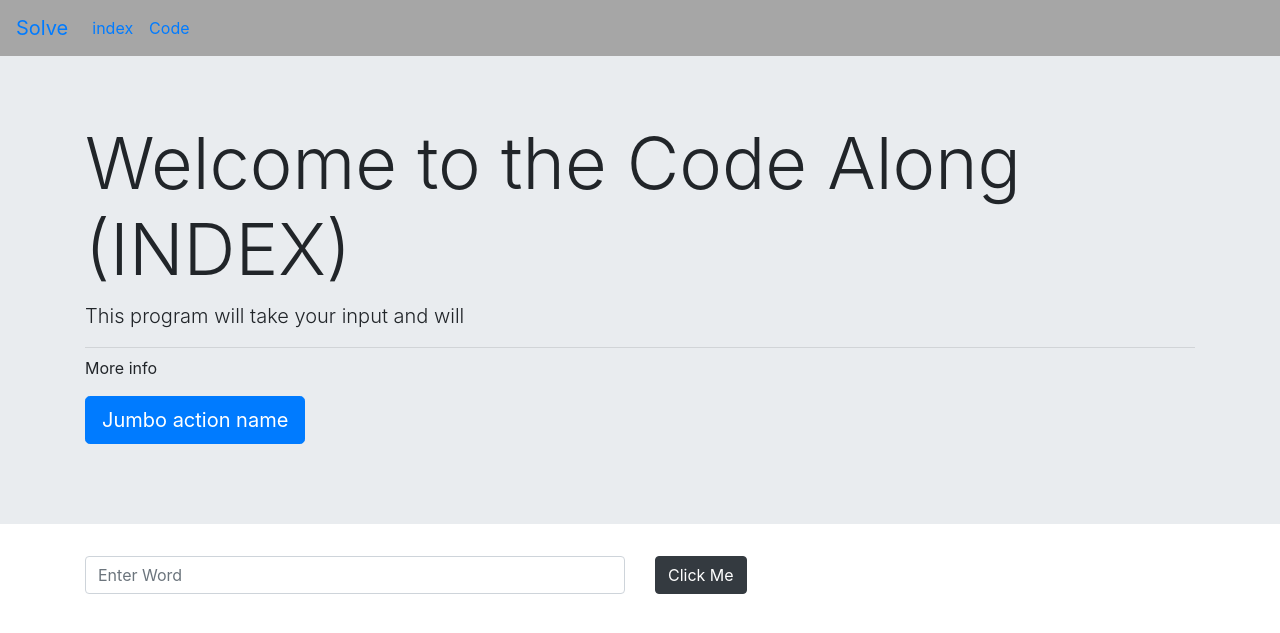
Repository: zhadjah9559/TacocatGrammar
Page: solve.html
The author's editor kept a copy of each file at every save. The page is drawn from the files as they stood at one save, then again after a run of saves.
The browser window is 1280 px wide. The pictures show the whole page.

Above is the page before, as saved 2021-01-11 23:25:37.

### solve.html
<!doctype html>
<html lang="en">
  <head>
    <title>Solve</title>
    <!-- Required meta tags -->
    <meta charset="utf-8">
    <meta name="viewport" content="width=device-width, initial-scale=1, shrink-to-fit=no">

    <!-- Bootstrap CSS -->
    <link rel="stylesheet" href="https://stackpath.bootstrapcdn.com/bootstrap/4.3.1/css/bootstrap.min.css" integrity="sha384-ggOyR0iXCbMQv3Xipma34MD+dH/1fQ784/j6cY/iJTQUOhcWr7x9JvoRxT2MZw1T" crossorigin="anonymous">
  </head>
  <body>


    <nav class="navbar navbar-expand-sm" style="background-color: #A6A6A6;">
        <a class="navbar-brand" href="#">Solve</a>
        <button class="navbar-toggler d-lg-none" type="button" data-toggle="collapse" data-target="#collapsibleNavId" aria-controls="collapsibleNavId"
            aria-expanded="false" aria-label="Toggle navigation"></button>
        <div class="collapse navbar-collapse" id="collapsibleNavId">
            <ul class="navbar-nav mr-auto mt-2 mt-lg-0">
                <li class="nav-item active">
                    <a class="nav-link" href="index.html">index <span class="sr-only">(current)</span></a>
                </li>
                <li class="nav-item">
                    <a class="nav-link" href="code.html">Code</a>
                </li>
            </ul>
        </div>
    </nav>


    <div class="jumbotron jumbotron-fluid">
        <div class="container">
            <h1 class="display-3">Welcome to the Code Along (INDEX)</h1>
            <p class="lead">This program will take your input and will </p>
            <hr class="my-2">
            <p>More info</p>
            <p class="lead">
                <a class="btn btn-primary btn-lg" href="Jumbo action link" role="button">Jumbo action name</a>
            </p>
        </div>
    </div>

    <div class="container">
        <div class="row">
            <!--col 2 is input-->
            <div class="col">
                <input id="input2" type="text" class="form-control" placeholder="Enter Word">
            </div>

            <!--col 3 is a button-->
            <!--but is what we'll use to iplement listner-->
            <div class="col">
                <button id="btnDemo" class="btn btn-dark">Click Me</button>
            </div>
        </div>
    </div>




    <!-- Optional JavaScript -->
    <!-- jQuery first, then Popper.js, then Bootstrap JS -->
    <script src="https://code.jquery.com/jquery-3.3.1.slim.min.js" integrity="sha384-q8i/X+965DzO0rT7abK41JStQIAqVgRVzpbzo5smXKp4YfRvH+8abtTE1Pi6jizo" crossorigin="anonymous"></script>
    <script src="https://cdnjs.cloudflare.com/ajax/libs/popper.js/1.14.7/umd/popper.min.js" integrity="sha384-UO2eT0CpHqdSJQ6hJty5KVphtPhzWj9WO1clHTMGa3JDZwrnQq4sF86dIHNDz0W1" crossorigin="anonymous"></script>
    <script src="https://stackpath.bootstrapcdn.com/bootstrap/4.3.1/js/bootstrap.min.js" integrity="sha384-JjSmVgyd0p3pXB1rRibZUAYoIIy6OrQ6VrjIEaFf/nJGzIxFDsf4x0xIM+B07jRM" crossorigin="anonymous"></script>
  </body>
</html>

After the next 4 saves:
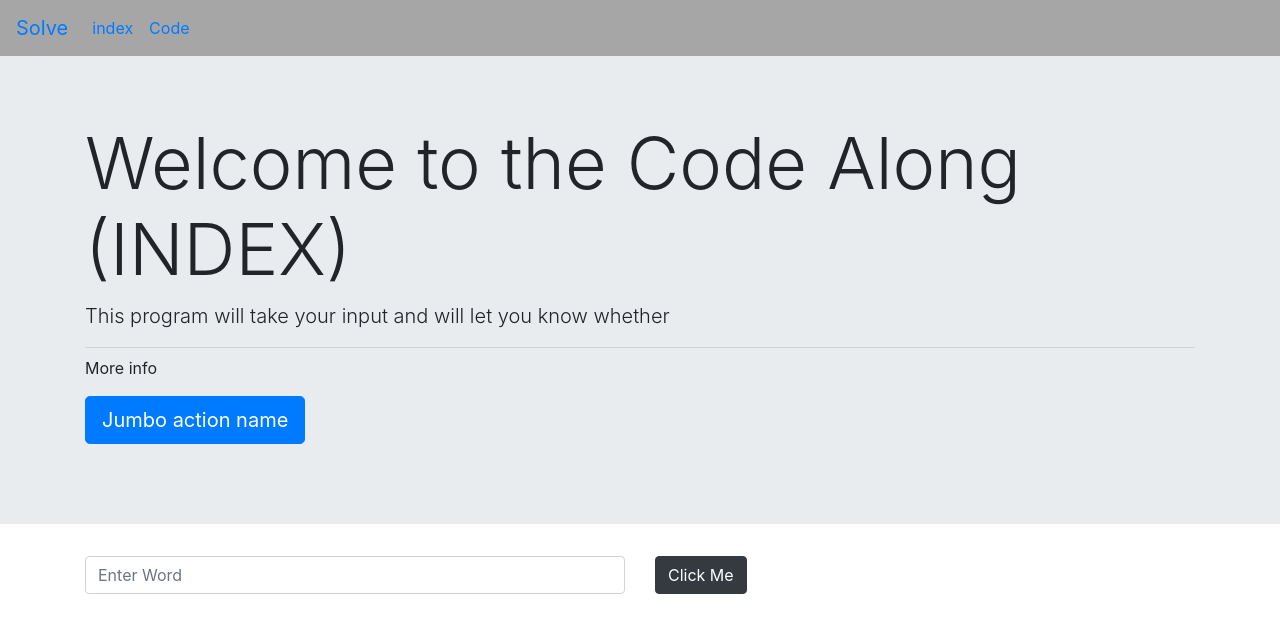
The 4 saves are shown as one change because they came seconds apart.
The last was saved 11 s later.
--- a/solve.html
+++ b/solve.html
@@ -32,7 +32,8 @@
     <div class="jumbotron jumbotron-fluid">
         <div class="container">
             <h1 class="display-3">Welcome to the Code Along (INDEX)</h1>
-            <p class="lead">This program will take your input and will </p>
+            <p class="lead">This program will take your input and will let you know whether</p>
+                <p></p>
             <hr class="my-2">
             <p>More info</p>
             <p class="lead">
